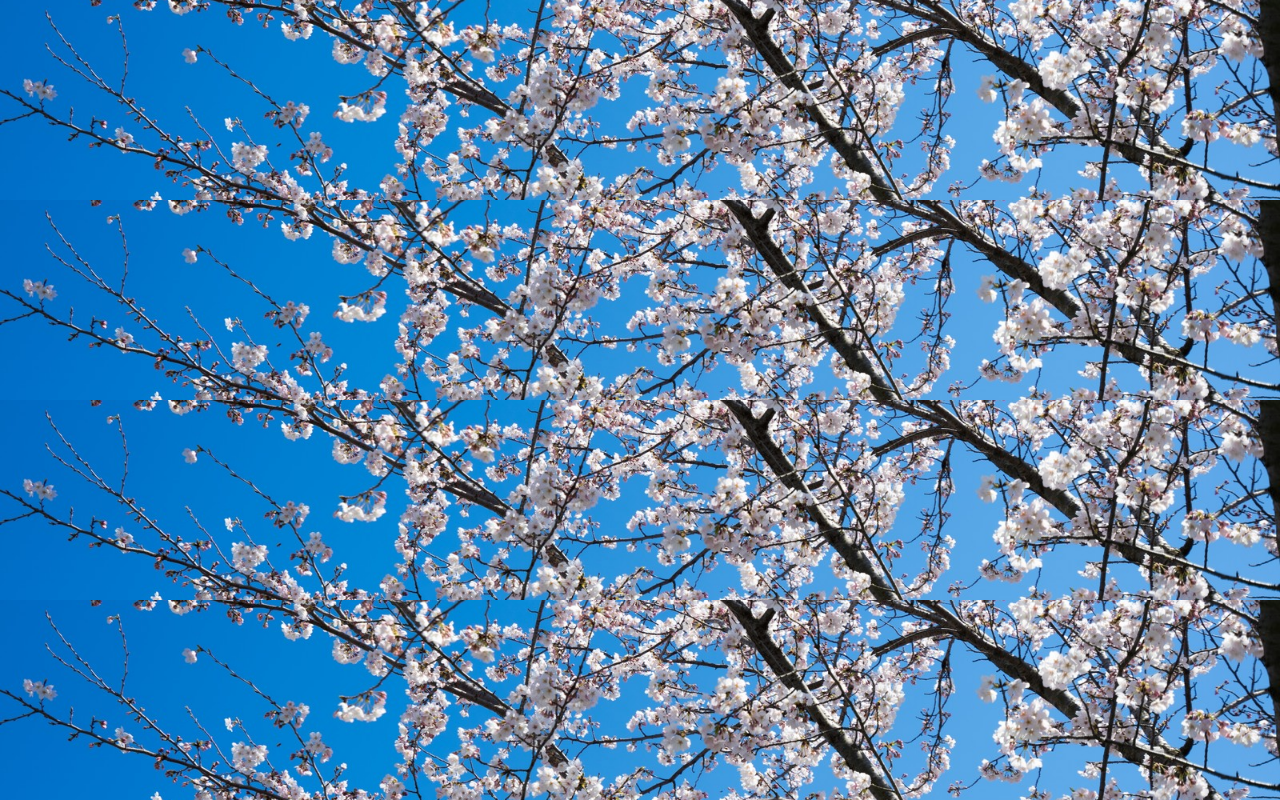
Repository: pureforest/html
Page: chapter6/6-text.html
The author's editor kept a record of every edit. The page is drawn from the files as they stood at one moment, then again after the next edit.
The browser window is 1280 px wide. The pictures show the whole page.

Above is the page before.

### chapter6/6-text.html
<!DOCTYPE html>
<html lang="ja">
  <head>

    <meta charest="UTF-8"/>
    <link rel="stylesheet" href="6-style.css"/>
    <title>cherry brossom</title>
    </head>

    <body>
      <div class="main">
        <div class="main-1"></div>
        <div class="main-1"></div>
        <div class="main-1"></div>
        <div class="main-1"></div>
      </div>
    </body>

### chapter6/6-style.css
* {
  margin: 0;
  padding: 0;
  box-sizing: border-box;
  color: #6c6b6b;
}

.main-1{
  width:100%;
  height: 200px;
  background-image: url(img/box1.jpg);
  background-size: cover;
  background-position: center;
}

.main-1{
  width:100%;
  height: 200px;
  background-image: url(img/box1.jpg);
  background-size: cover;
  background-position: center;
}

.main-1{
  width:100%;
  height: 200px;
  background-image: url(img/box1.jpg);
  background-size: cover;
  background-position: center;
}

.main-1{
  width:100%;
  height: 200px;
  background-image: url(img/box1.jpg);
  background-size: cover;
  background-position: center;
}

After the next edit:
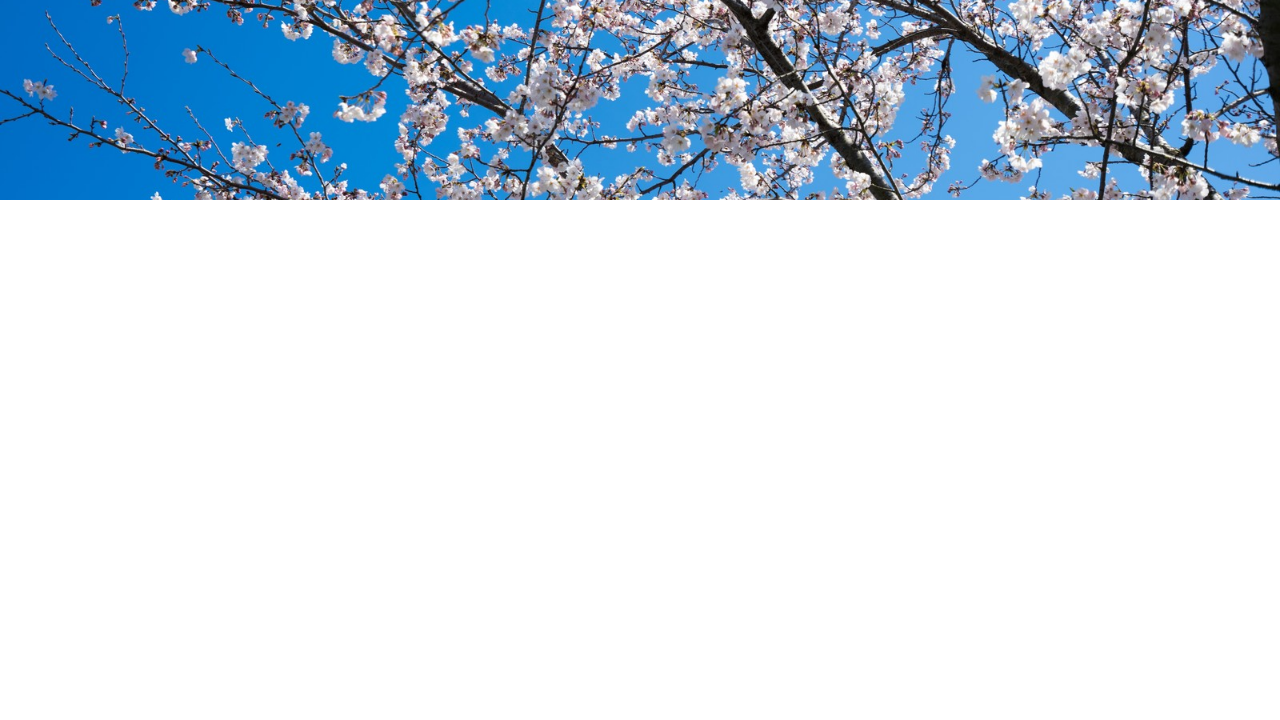
The edit:
--- a/chapter6/6-text.html
+++ b/chapter6/6-text.html
@@ -10,8 +10,8 @@
     <body>
       <div class="main">
         <div class="main-1"></div>
-        <div class="main-1"></div>
-        <div class="main-1"></div>
-        <div class="main-1"></div>
+        <div class="main-2"></div>
+        <div class="main-3"></div>
+        <div class="main-4"></div>
       </div>
     </body>
